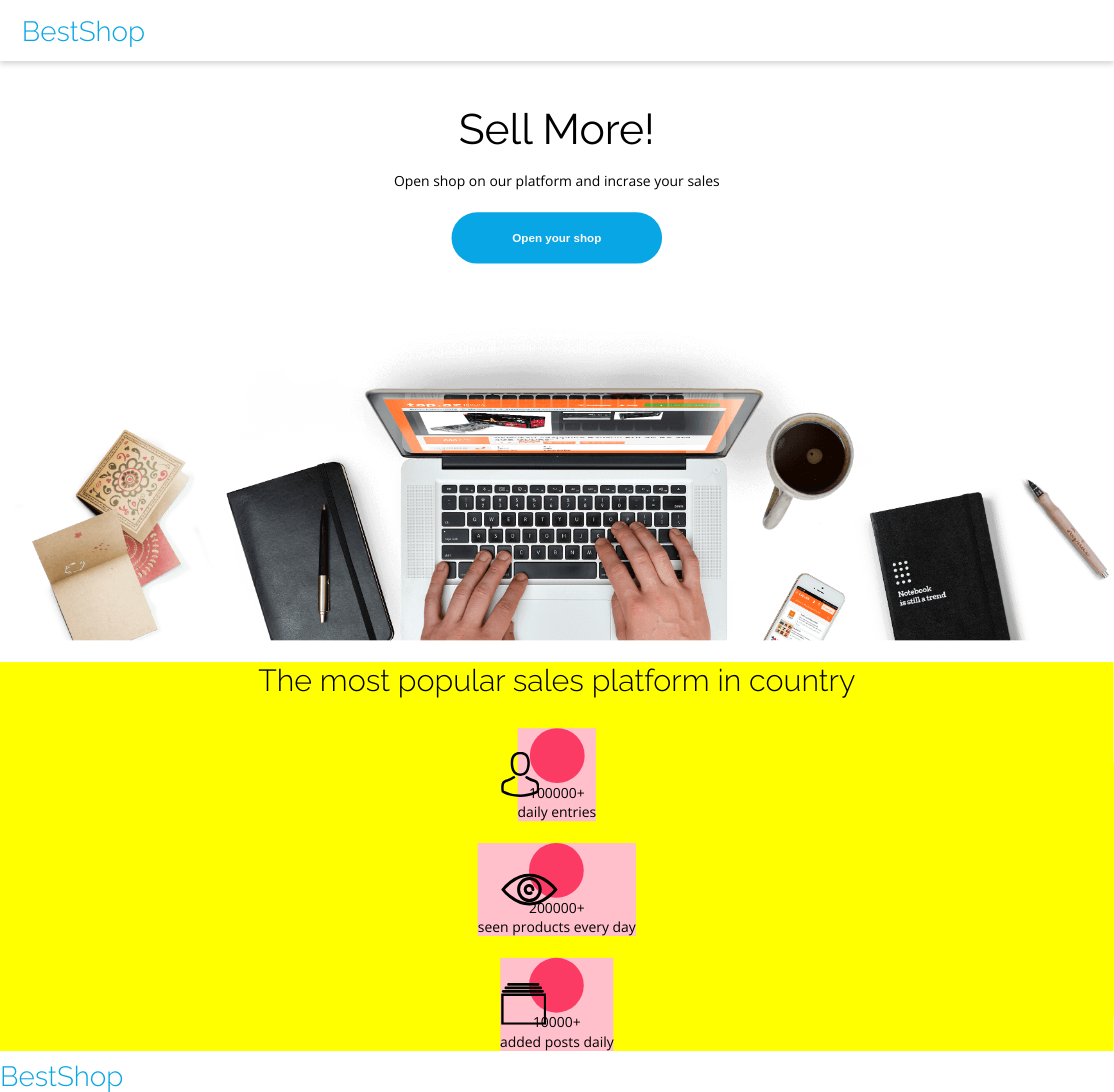
Repository: artwol993/BestShop
Page: index.html
The author's editor kept a copy of each file at every save. The page is drawn from the files as they stood at one save, then again after the next save.
The browser window is 1280 px wide. The pictures show the whole page, at 87% of full size.
The style sheet was rebuilt from its Sass, Less or Tailwind sources for each picture, by a compiler version that may differ from the author's.

Above is the page before, as saved 2020-05-28 19:54:03.

### index.html
<!DOCTYPE html>
<html lang="en">
<head>
    <meta charset="UTF-8">
    <meta name="viewport" content="width=device-width, initial-scale=1.0">
    <title>BestShop[artwol993]</title>
    <link rel="stylesheet" href="css/main.css">
    <style>
        @import url('https://fonts.googleapis.com/css2?family=Open+Sans:wght@400;700&display=swap');
    </style>
    <style>
        @import url('https://fonts.googleapis.com/css2?family=Raleway:wght@300;400;700;800&display=swap');
    </style>
</head>
<body>
    <div class="main__container">
        <header>
            <div class="logo">BestShop</div>
            <nav class="nav">
                <!-- <button class="hamburger" aria-label="Menu">
                    <span class="hamburger__container" tabindex="-1">
                        <span class="hamburger__bars"></span>
                      </span>
                </button> -->
                <div class="side__menu">
                    <!-- <ul class="nav__list">
                        <li class="nav__list-item"><a href="" class="nav__link">why us</a></li>
                        <li class="nav__list-item"><a href="" class="nav__link">benefits</a></li>
                        <li class="nav__list-item"><a href="" class="nav__link">prices</a></li>
                        <li class="nav__list-item"><a href="" class="nav__link">contact</a></li>
                    </ul> -->
                </div>
            </nav>
        </header>

        <div class="content__container">
            <div class="main">

<!-- welcome-section -->

                <section class="welcome">
                    <div class="welcome__content">
                        <h1>Sell More!</h1>
                        <p>Open shop on our platform and incrase your sales</p>
                        <button class="main-btn">Open your shop</button>
                    </div>
                    <img src="/assets/Background.png" alt="notebook-picture" class="welcome__picture">
                </section>

<!-- stats-section -->

                <section class="stats">
                    <h2>The most popular sales platform in country</h2>
                    <div class="stats__container">
                        <div class="stats__bin">
                            <div class="stats-circle"></div>
                            <img src="./assets/Person.svg" alt="person-contour" class="stats__img-person">
                            <span>100000+</span>
                            <p>daily entries</p>
                        </div>
                        <div class="stats__bin">
                            <div class="stats-circle"></div>
                            <img src="./assets/Eye.svg" alt="person-contour" class="stats__img-eye">
                            <span>200000+</span>
                            <p>seen products every day</p>
                        </div>
                        <div class="stats__bin">
                            <div class="stats-circle"></div>
                            <img src="./assets/Catalog.svg" alt="person-contour" class="stats__img-catalog">
                            <span>10000+</span>
                            <p>added posts daily</p>
                        </div>
                    </div>
                </section>

<!-- profits-section -->

                <section class="profits"></section>
                <section class="pricing"></section>
                <section class="contact"></section>
            </div>
        </div>

        <footer>
            <div class="logo">BestShop</div>
            <div class="footer-icon"></div>
            <div class="footer-icon"></div>
        </footer>
    </div>
</body>
</html>

### scss/main.scss
    $c-primary-first: #08a6e4;
    $c-primary-second: #fb3b64;
    $c-primary-third: #55dfb4;
    $c-black: #000000;
    $c-white: #ffffff;
    $c-background: #f7f7f7;
    $c-details: #a5a5a5;
    $c-shadow: #00000029;
    $f-h: 'Raleway', sans-serif;
    $f-p: 'Open Sans', sans-serif;
    $fw-light: 300;
    $fw-normal: 400;
    $fw-bold: 700;
    $fw-black: 800;

/*reset*/

  * {
      margin: 0;
      padding: 0;
      box-sizing: border-box;
  }

  /* fonts */

  a, p, ul, span {
    font-family: $f-p;
  }

  h1 {
    font-size: 3.063rem;
    font-weight: $fw-normal;
    font-family: $f-h;
    color: $c-black;
  }

  h2 {
    font-size: 2.188rem;
    font-weight: $fw-light;
    margin: 5px 45px;
    font-family: $f-h;
    color: $c-black;
  }

  h3 {
    font-size: 1.25rem;
    font-weight: $fw-bold;
    margin: 5px;
    font-family: $f-h;
    color: $c-black;
  }

  .logo {
    font-size: 2rem;
    font-weight: $fw-light;
    font-family: $f-h;
    color: $c-primary-first;
    text-decoration: none;
    cursor: pointer;
  }

  .body {
      width: 100vh;
  }
  /*header*/
  header {
      height: 70px;
      display: flex;
      align-items: center;
      justify-content: space-between;
      padding: 0 25px;
      box-shadow: 0px 3px 6px $c-shadow;
  }

//   .hamburger {
//     margin: 0;
//     padding: 0;
//     border: 0;
//     background-color: transparent;
//     cursor: pointer;
//     &:focus {
//         & > .hamburger__container {
//           	box-shadow: 0 0 2px 2px #51a7e8;
//         }
//     }
//   }

//   .hamburger__container {
//     display: flex;
//     align-items: center;
//     position: relative;
//     width: 35px;
//     height: 30px;
//   }

//   .hamburger__bars {
//     position: absolute;
//     width: 35px;
//     height: 2px;
//     background-color: #000;
//     transition: transform 220ms ease-in-out;
//     &:before, &:after {
//         display: block;
//         position: absolute;
//         width: 35px;
//         height: 2px;
//         background-color: #000;
//         content: '';
//     }
//     &:before {
//         top: -12px;
//         transition: top 100ms 250ms ease-in, transform 220ms ease-in-out;
//     }
//     &:after {
//         bottom: -12px;
//         transition: bottom 100ms 250ms ease-in,
//           			transform 220ms ease-in-out;
//     }
//   }

//   .hamburger--active {
//     .hamburger__bars {
//         transform: rotate(225deg);
//         transition: transform 220ms 120ms ease-in-out;
//         &:before {
//             top: 0;
//             transition: top 100ms ease-out;
//         }
//         &:after {
//             bottom: 0;
//             transform: rotate(-90deg);
//             transition: bottom 100ms ease-out,
//             		  	transform 220ms 120ms ease-in-out;
//         }
//     }
// }

//   .hamburger, .hamburger__container {
//     &:focus {
//       	outline: none;
//   	}
//   }

//   .side__menu {
//     display: flex;
//     box-sizing: border-box;
//     position: absolute;
//     height: 70%;
//     width: 200px;
//     top: 70px;
//     right: -300px;
//     padding: 0;
//     background-color: red;
//     transition: 0.3s transform ease-in-out;
//   }

//   .side__menu ul {
//     position: absolute;
//     display: flex;
//     flex-direction: column;
//     box-sizing: border-box;
//     height: calc(100% - 70px);
//     flex-wrap: wrap;
//     margin: 0 10px;
//     padding: 0;
//     list-style-type: none;
//     align-content: flex-start;
//   }

//   .side-__menu ul li {
//     display: flex;
//     flex-direction: column;
//     height: 30px;
//     background: $c-primary-second;
//     flex-basis: 100%;
//     margin-top: 70px;
//     color: #696e9e;
//     border-radius: 5px;
//     overflow: hidden;
//   }

//   .side__menu ul li a {
//     display: flex;
//     padding: 10px;
//     align-items: center;
//     width: 100%;
//     height: 100%;
//     background: $c-primary-third;
//     text-decoration: none;
//     box-sizing: border-box;
//   }

//   .hamburger:focus ~ .side__menu, .side__menu:hover {
//     transform: translateX(-300px);
//   }

.nav__list {
  display: flex;
  justify-content: space-around;
  align-items: center;
}

.nav__list-item {
  // padding: 10px;
  list-style: none;
  // margin-right: 50px;
}

.nav__link {
  color: $c-details;
  font-weight: $fw-bold;
  text-decoration: none;
  text-transform: uppercase;
  font-size: 11px;

  &:hover {
    color: $c-black;
    border-bottom: solid 3px $c-primary-first;
    padding-bottom: 23px;
  }
}

/*content*/

.content__container {
  // width: calc(100% - 20%);
  // background: pink;
  display: flex;
  align-items: center;
  justify-content: center;
}

// .main {
//   background: blue;
// }

.welcome {
  display: flex;
  flex-direction: column;
  align-items: center;

}

.welcome__content {
  margin: 50px 10px;
  display: flex;
  flex-direction: column;
  align-items: center;
}

.welcome__content p {
  text-align: center;
  margin-top: 20px;
}

.main-btn {
  margin-top: 25px;
  padding: 22px 70px;
  border-radius: 40px;
  font-weight: 800;
  border: none;
  text-align: center;
  text-decoration: none;
  background: $c-primary-first;
  color: $c-white;
}

.welcome__picture {
  width: 100%;
  height: auto;
  margin-bottom: 20px;
  object-position: center;

}

// stats-section

.stats {
  background:yellow;
}

.stats h2 {
  text-align: center;
}

.stats__container {
  display: flex;
  flex-direction: column;
  align-items: center;
  margin: 10px 0;
}

.stats__bin {
  margin-top: 25px;
  background: pink;
  display: flex;
  flex-direction: column;
  justify-content: center;
  align-items: center;
}

.stats-circle {
  width: 63px;
  height: 63px;
  border-radius: 50%;
  position: relative;
  background: $c-primary-second;
}

img[class*="stats__img"] {
  position: absolute;
  left: 45%;
}

After the next save:
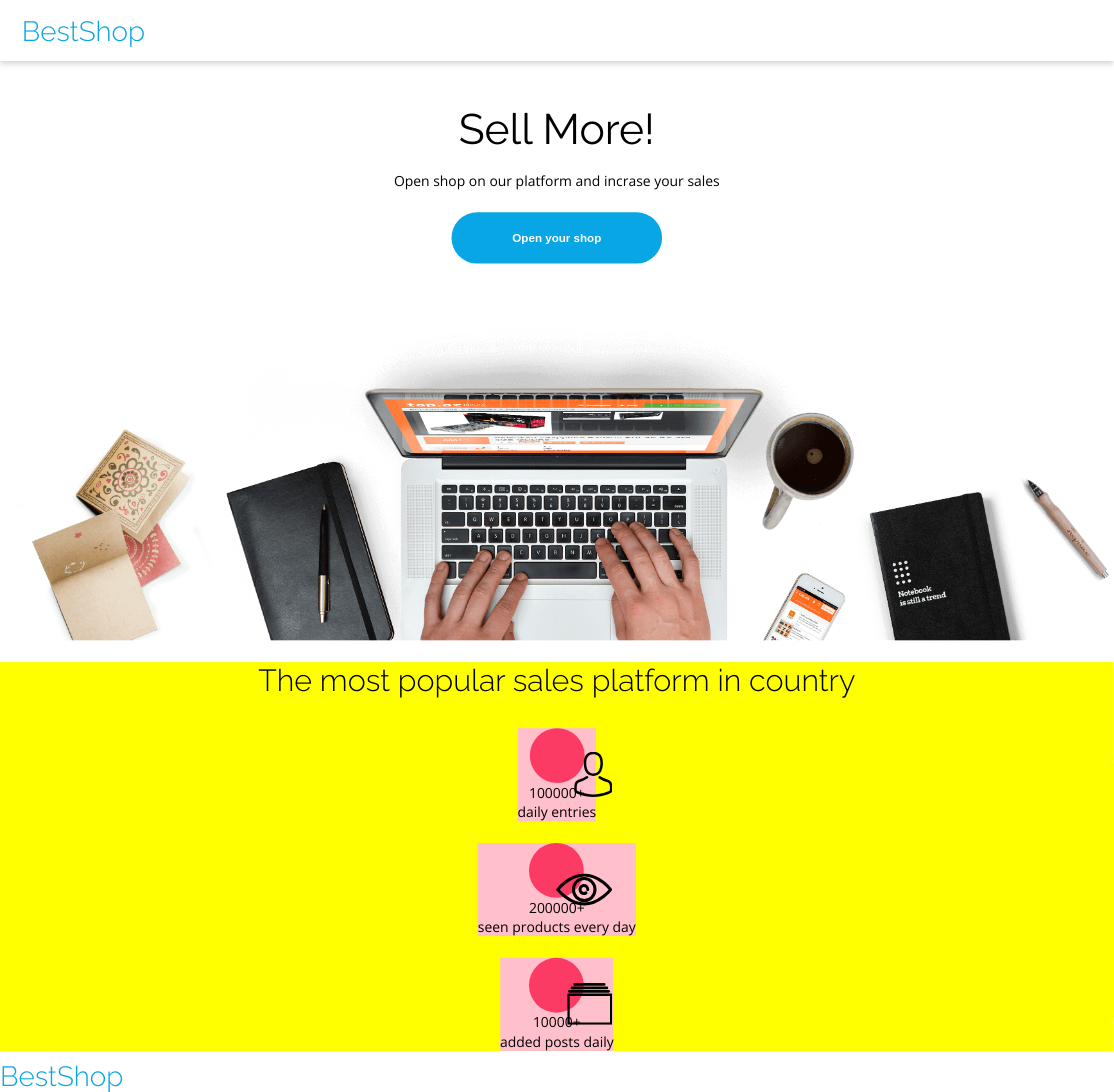
Saved 23 s later.
--- a/scss/main.scss
+++ b/scss/main.scss
@@ -309,5 +309,5 @@
 
 img[class*="stats__img"] {
   position: absolute;
-  left: 45%;
-}
+  right: 45%;
+}
